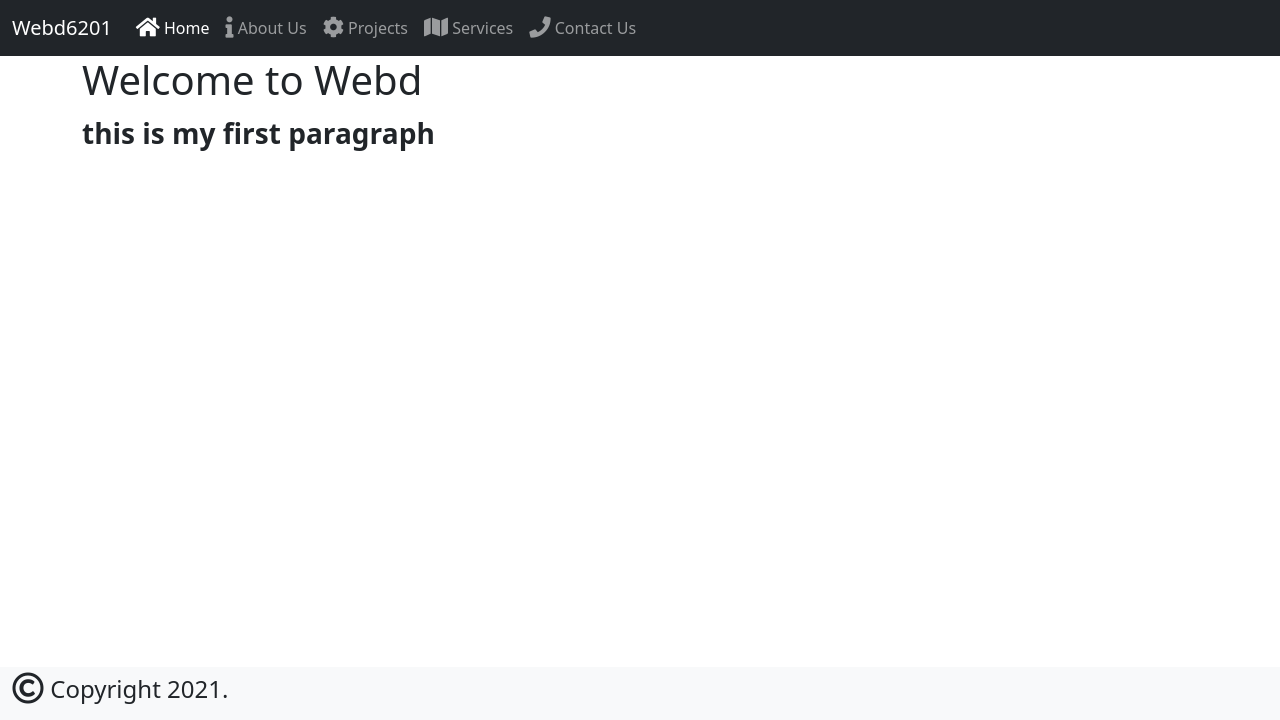
Repository: MuzhdaEhsan/WEBD6201-W2021-ICE1
Page: WEBD6201-W2021-ICE1/projects.html
The author's editor kept a copy of each file at every save. The page is drawn from the files as they stood at one save, then again after the next save.
The browser window is 1280 px wide. The pictures show the whole page.

Above is the page before, as saved 2021-01-22 01:11:24.

### WEBD6201-W2021-ICE1/projects.html
<!DOCTYPE html>
<html lang="en">
<head>
    <meta charset="UTF-8">
    <meta name="viewport" content="width=device-width, initial-scale=1.0">
    <title>Projects</title>
    <!-- CSS Section -->
    <link rel="stylesheet" href="./node_modules/bootstrap/dist/css/bootstrap.min.css">
    <link rel="stylesheet" href="./node_modules/@fortawesome/fontawesome-free/css/all.min.css">
    <link rel="stylesheet" href="./Content/app.css">
</head>
<body>
    <header>
        <nav class="navbar navbar-expand-lg navbar-dark bg-dark">
            <div class="container-fluid">
              <a class="navbar-brand" href="index.html">Webd6201</a>
              <button class="navbar-toggler" type="button" data-bs-toggle="collapse" data-bs-target="#navbarSupportedContent" aria-controls="navbarSupportedContent" aria-expanded="false" aria-label="Toggle navigation">
                <span class="navbar-toggler-icon"></span>
              </button>
              <div class="collapse navbar-collapse" id="navbarSupportedContent">
                <ul class="navbar-nav me-auto mb-2 mb-lg-0">
                  <li class="nav-item">
                    <a class="nav-link active" aria-current="page" href="index.html"><i class="fas fa-home fa-lg"></i> Home</a>
                  </li>

                  <li class="nav-item">
                    <a class="nav-link" aria-current="page" href="about.html"><i class="fas fa-info fa-lg"></i> About Us</a>
                  </li>

                  <li class="nav-item">
                    <a class="nav-link" aria-current="page" href="projects.html"><i class="fas fa-cog fa-lg"></i> Projects</a>
                  </li>

                  <li class="nav-item">
                    <a class="nav-link" aria-current="page" href="services.html"><i class="fas fa-map fa-lg"></i> Services</a>
                  </li>

                  <li class="nav-item">
                    <a class="nav-link" aria-current="page" href="contactus.html"><i class="fas fa-phone fa-lg"></i> Contact Us</a>
                  </li>
                </ul>
              </div>
            </div>
          </nav>
    </header>

    <!--main contents-->
    <main class="container">
        <h1>Projects</h1>
        <p id="paragraphOne"></p>
    </main>

    <!--main footer-->
    <footer>
        <nav class="navbar fixed-bottom navbar-light bg-light">
            <div class="container-fluid">
              <h4><i class="far fa-copyright fa-lg"></i> Copyright 2021.</h4>
            </div>
          </nav>
    </footer>

    <!-- Script Section-->
    <script src="./node_modules/jquery/dist/jquery.min.js"></script>
    <script src="./node_modules/bootstrap/dist/js/bootstrap.bundle.min.js"></script>
    <script src="./Scripts/app.js"></script>
</body>
</html>

### WEBD6201-W2021-ICE1/Scripts/app.js
/* custom JavaScript goes here */

//IIFE - Immediately Invoked Function Expression
//AKA - Anonymous Self-Executing Function
//Closure - limits scope leak

"use strict";

(function()
{

    function Start()
    {
        console.log("App Started...");

        let paragraphOneText = "This is a simple site to demonstrate DOM Manipulation for ICE 1";

        let paragraphOneElement = document.getElementById("paragraphOne");

        paragraphOneElement.textContent = paragraphOneText;
        paragraphOneElement.className = "fs-5";

        // Step 1. document.createElement
        let newParagraph = document.createElement("p");
        // Step 2. configure the element
        newParagraph.setAttribute("id","paragraphTwo");
        newParagraph.textContent = "...And this is paragraph two";
        // Step 3. select the parent element
        let mainContent = document.getElementsByTagName("main")[0];
        // Step 4. Add / Insert the element
        mainContent.appendChild(newParagraph);

        newParagraph.className = "fs-6";

        // another way of injecting content
        //let paragraphThree =`<p class="fs-7 fw-bold">And this is the Third Paragraph</p>`
        //mainContent.innerHTML = paragraphThree;


        /*let paragraph = document.createElement('div');
        let paragraphThree = '<p id="paragraphThree" class="fs-7 fw-" ';
        let paragraphDiv.innerHTML = paragraphThree;

        newParagraph.before(paragraphDiv)

        //paragraphOneElement.remove();

        mainContent.removeChild(paragraphOneElement);*/


        //update
        mainContent.firstElementChild.textContent = "Welcome Home";

        mainContent.innerHTML =
        `<h1 id="firstHeading">Welcome to Webd</h1>
        <p id = "paragraphOne" class="fs-3 fw-bold">this is my first paragraph</p>
        `;
    }

    window.addEventListener("load", Start);

})();

Loaded but not shown: WEBD6201-W2021-ICE1/node_modules/bootstrap/dist/css/bootstrap.min.css (library); WEBD6201-W2021-ICE1/node_modules/@fortawesome/fontawesome-free/css/all.min.css (library); WEBD6201-W2021-ICE1/Content/app.css (common file); WEBD6201-W2021-ICE1/node_modules/jquery/dist/jquery.min.js (library); WEBD6201-W2021-ICE1/node_modules/bootstrap/dist/js/bootstrap.bundle.min.js (library)

After the next save:
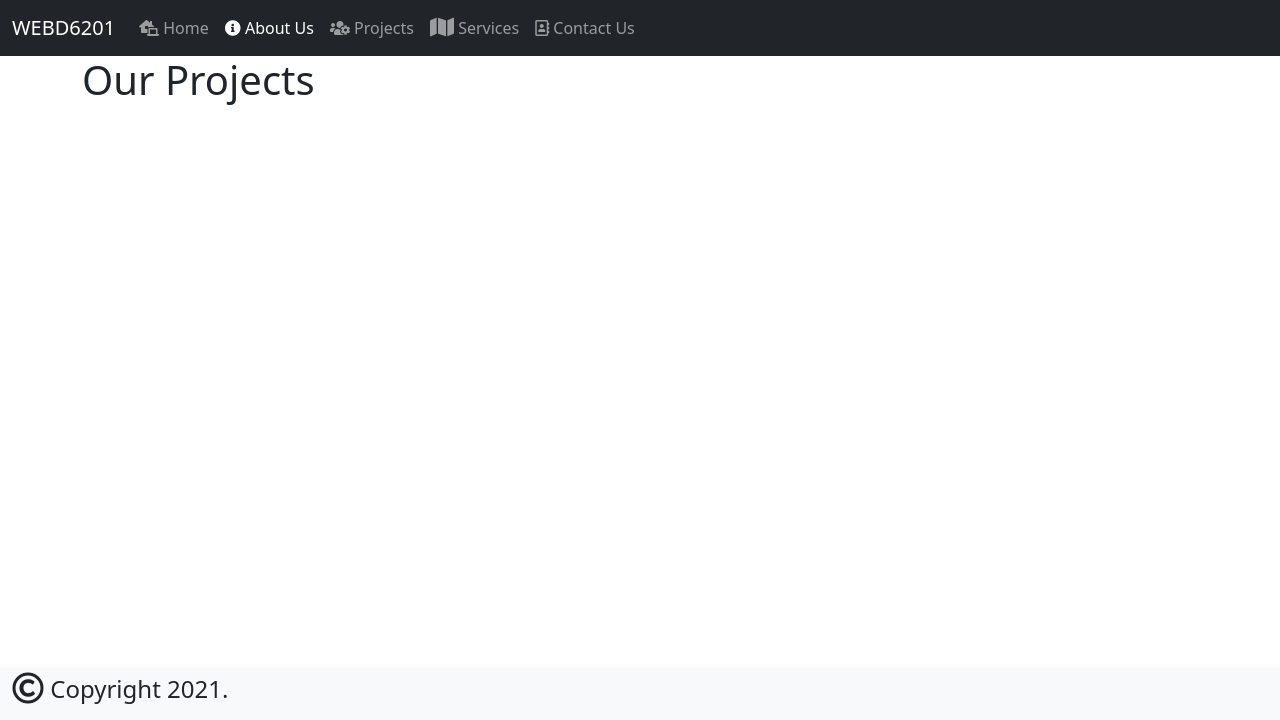
Console error: TypeError: Cannot set properties of null (setting 'textContent')
Saved 65 s later.
--- a/WEBD6201-W2021-ICE1/projects.html
+++ b/WEBD6201-W2021-ICE1/projects.html
@@ -10,25 +10,27 @@
     <link rel="stylesheet" href="./Content/app.css">
 </head>
 <body>
+    <!-- Main Header -->
     <header>
+        <!-- Main Navigation -->
         <nav class="navbar navbar-expand-lg navbar-dark bg-dark">
             <div class="container-fluid">
-              <a class="navbar-brand" href="index.html">Webd6201</a>
+              <a class="navbar-brand" href="index.html">WEBD6201</a>
               <button class="navbar-toggler" type="button" data-bs-toggle="collapse" data-bs-target="#navbarSupportedContent" aria-controls="navbarSupportedContent" aria-expanded="false" aria-label="Toggle navigation">
                 <span class="navbar-toggler-icon"></span>
               </button>
               <div class="collapse navbar-collapse" id="navbarSupportedContent">
                 <ul class="navbar-nav me-auto mb-2 mb-lg-0">
                   <li class="nav-item">
-                    <a class="nav-link active" aria-current="page" href="index.html"><i class="fas fa-home fa-lg"></i> Home</a>
+                    <a class="nav-link" aria-current="page" href="index.html"><i class="fas fa-laptop-house"></i> Home</a>
                   </li>
 
                   <li class="nav-item">
-                    <a class="nav-link" aria-current="page" href="about.html"><i class="fas fa-info fa-lg"></i> About Us</a>
+                    <a class="nav-link active" aria-current="page" href="about.html"><i class="fas fa-info-circle"></i> About Us</a>
                   </li>
 
                   <li class="nav-item">
-                    <a class="nav-link" aria-current="page" href="projects.html"><i class="fas fa-cog fa-lg"></i> Projects</a>
+                    <a class="nav-link" aria-current="page" href="projects.html"><i class="fas fa-users-cog"></i> Projects</a>
                   </li>
 
                   <li class="nav-item">
@@ -36,7 +38,7 @@
                   </li>
 
                   <li class="nav-item">
-                    <a class="nav-link" aria-current="page" href="contactus.html"><i class="fas fa-phone fa-lg"></i> Contact Us</a>
+                    <a class="nav-link" aria-current="page" href="contact.html"><i class="far fa-address-book"></i> Contact Us</a>
                   </li>
                 </ul>
               </div>
@@ -44,13 +46,12 @@
           </nav>
     </header>
 
-    <!--main contents-->
+    <!-- Main Content -->
     <main class="container">
-        <h1>Projects</h1>
-        <p id="paragraphOne"></p>
+        <h1>Our Projects</h1>
     </main>
 
-    <!--main footer-->
+    <!-- Main Footer -->
     <footer>
         <nav class="navbar fixed-bottom navbar-light bg-light">
             <div class="container-fluid">
